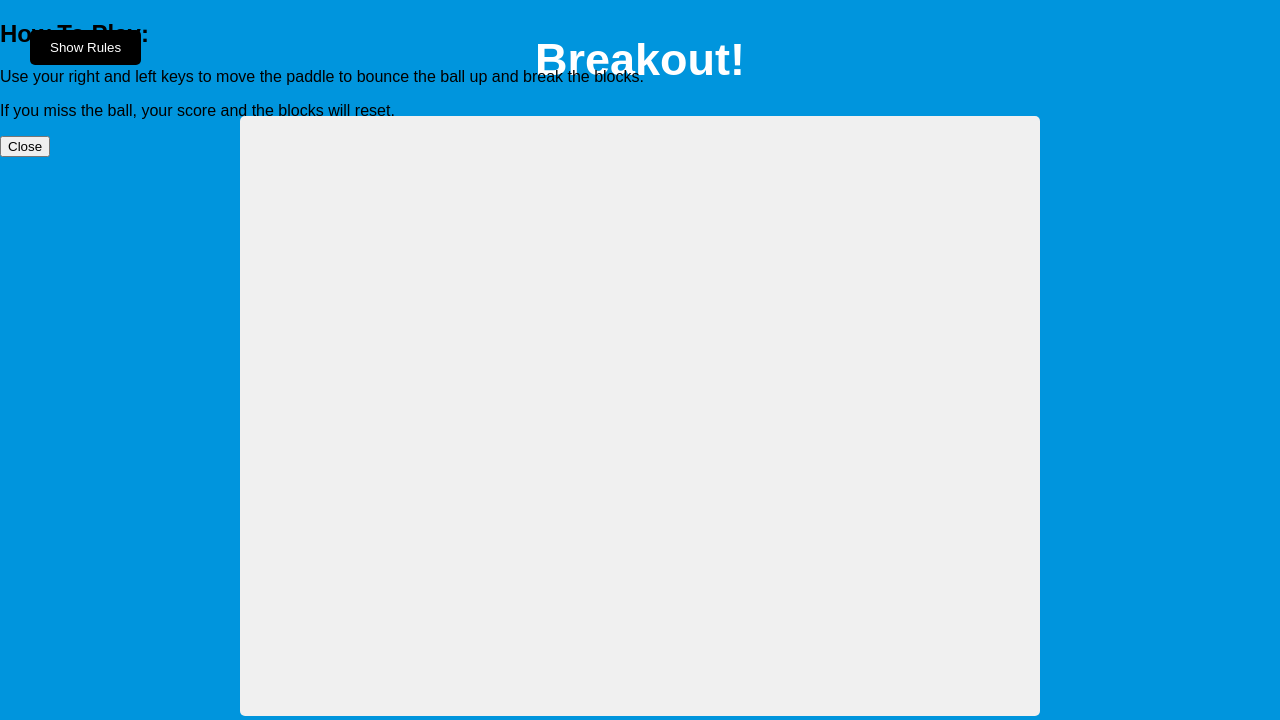
Repository: JackyZzZz/BREAKOUT-GAME
Page: index.html
These files come from the project's save history. The page is drawn as it stood at one moment and after the next save; the edit follows.
The browser window is 1280 px wide. The pictures show the whole page.

Above is the page before, as saved 2023-09-04 20:42:38.

After the next save:
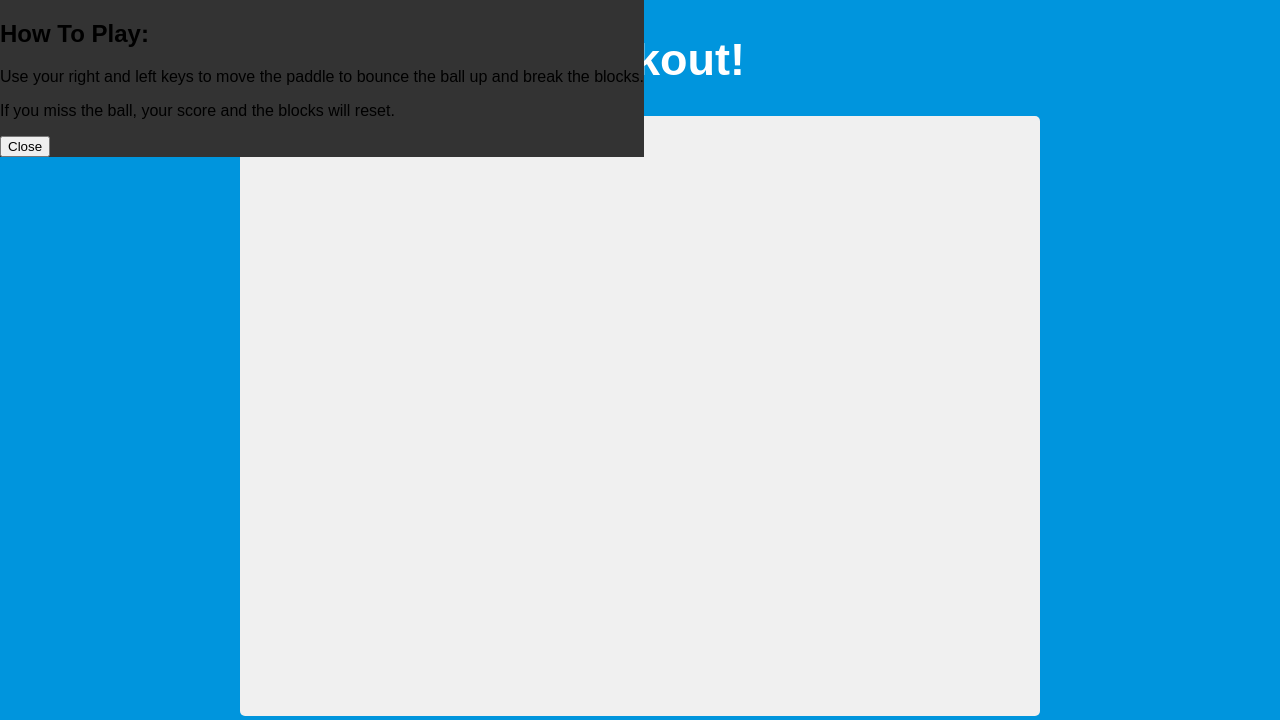
Saved 22 s later.
--- a/style.css
+++ b/style.css
@@ -55,4 +55,5 @@ canvas {
     position: absolute;
     top: 0;
     left: 0;
+    background: #333;
 }
